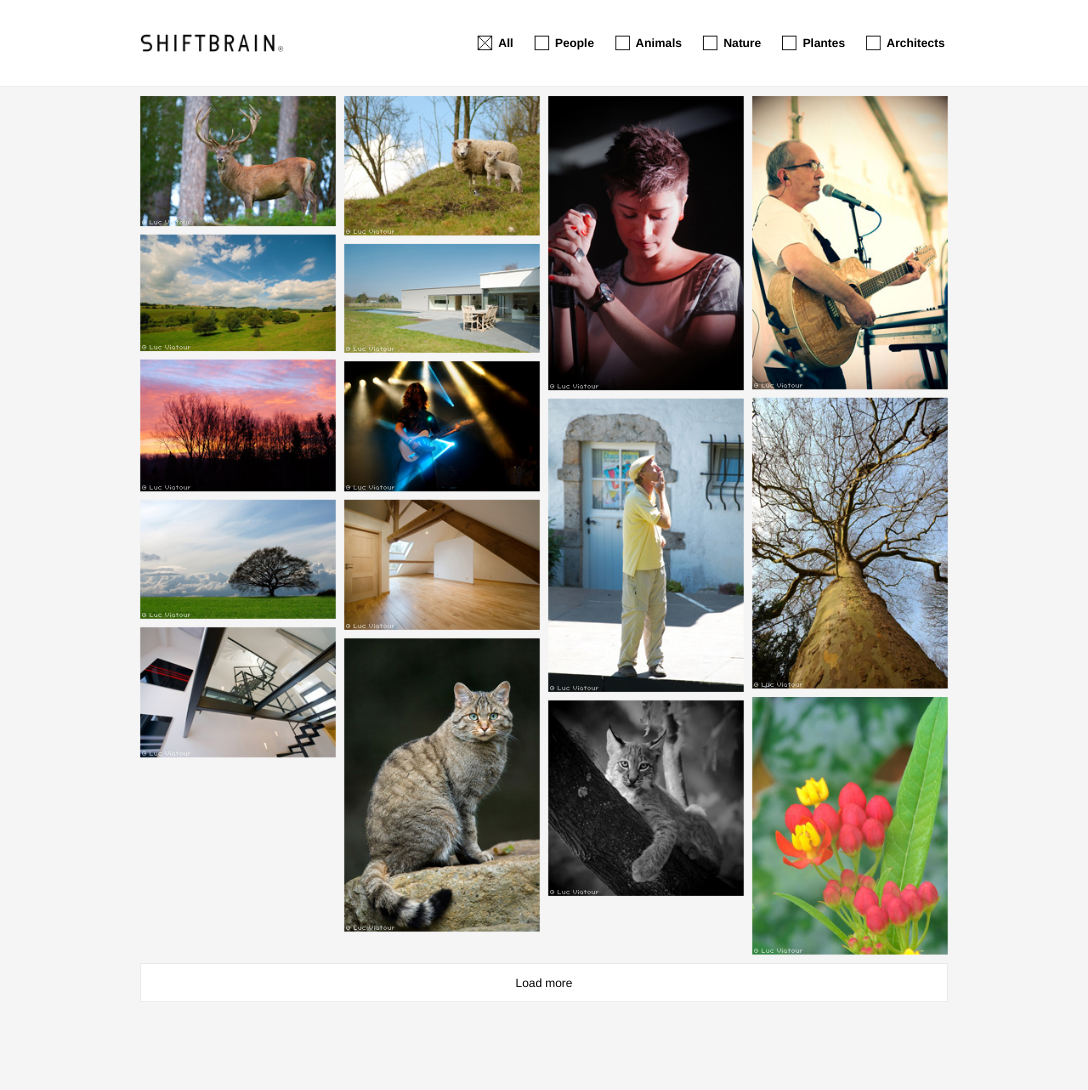
Repository: Nzhe/hehe
Page: real/colorbox/src/main/webapp/index.html
These files come from the project's save history. The page is drawn as it stood at one moment and after the next save; the edit follows.
The browser window is 1280 px wide. The pictures show the whole page, at 85% of full size.

Above is the page before, as saved 2021-09-09 02:33:56.

### real/colorbox/src/main/webapp/index.html
<!DOCTYPE html>
<html class="no-js" lang="ko">
<head>
<meta charset="UTF-8">
<title>컬러 박스를 이용한 이미지 링크</title>
<link rel="stylesheet" href="./css/normalize.css">
<link rel="stylesheet" href="./css/colorbox.css">
<link rel="stylesheet" href="./css/main.css">
<script src="./js/vendor/modernizr.custom.min.js"></script>
<script src="./js/vendor/jquery-1.10.2.min.js"></script>
<script src="./js/vendor/jquery-ui-1.10.3.custom.min.js"></script>
<script src="./js/vendor/jquery.ba-throttle-debounce.min.js"></script>
<script src="./js/vendor/imagesloaded.pkgd.min.js"></script>
<script src="./js/vendor/masonry.pkgd.min.js"></script>
<script src="./js/vendor/jquery.colorbox-min.js"></script>
<script src="./js/main.js"></script>
</head>
<body>

<header class="page-header" role="banner">
    <div class="inner clearfix">
        <h1 class="site-logo"><a href="./"><img src="./img/logo.png" alt="Shiftbrain" height="21" width="169"></a></h1>
        <form class="filter-form" id="gallery-filter">
            <span class="form-item">
                <input type="radio" name="filter" id="filter-all" value="all" checked>
                <label for="filter-all">All</label>
            </span>
            <span class="form-item">
                <input type="radio" name="filter" id="filter-people" value="people">
                <label for="filter-people">People</label>
            </span>
            <span class="form-item">
                <input type="radio" name="filter" id="filter-animals" value="animals">
                <label for="filter-animals">Animals</label>
            </span>
            <span class="form-item">
                <input type="radio" name="filter" id="filter-nature" value="nature">
                <label for="filter-nature">Nature</label>
            </span>
            <span class="form-item">
                <input type="radio" name="filter" id="filter-plantes" value="plantes">
                <label for="filter-plantes">Plantes</label>
            </span>
            <span class="form-item">
                <input type="radio" name="filter" id="filter-architects" value="architects">
                <label for="filter-architects">Architects</label>
            </span>
        </form>
    </div>
</header>

<div class="page-main" role="main">
    <ul class="gallery" id="gallery"></ul>
    <button class="load-more" id="load-more">Load more</button>
</div>

</body>
</html>

### real/colorbox/src/main/webapp/css/colorbox.css
/*
    Colorbox Core Style:
    The following CSS is consistent between example themes and should not be altered.
*/
#colorbox, #cboxOverlay, #cboxWrapper{position:absolute; top:0; left:0; z-index:9999; overflow:hidden;}
#cboxOverlay{position:fixed; width:100%; height:100%;}
#cboxMiddleLeft, #cboxBottomLeft{clear:left;}
#cboxContent{position:relative;}
#cboxLoadedContent{overflow:auto; -webkit-overflow-scrolling: touch;}
#cboxTitle{margin:0;}
#cboxLoadingOverlay, #cboxLoadingGraphic{position:absolute; top:0; left:0; width:100%; height:100%;}
#cboxPrevious, #cboxNext, #cboxClose, #cboxSlideshow{cursor:pointer;}
.cboxPhoto{float:left; margin:auto; border:0; display:block; max-width:none; -ms-interpolation-mode:bicubic;}
.cboxIframe{width:100%; height:100%; display:block; border:0;}
#colorbox, #cboxContent, #cboxLoadedContent{box-sizing:content-box; -moz-box-sizing:content-box; -webkit-box-sizing:content-box;}

/*
    User Style:
    Change the following styles to modify the appearance of Colorbox.  They are
    ordered & tabbed in a way that represents the nesting of the generated HTML.
*/
#cboxOverlay{background:#000;}
#colorbox{outline:0;/*margin:20px;*/}
#cboxContent{background:#000;}
.cboxIframe{background:#fff;}
#cboxError{padding:50px; border:1px solid #ccc;}
#cboxLoadedContent{background:#000;}
#cboxTitle{position:absolute; top:0; left:0; color:white; background-color:black; padding:0.25em 0.5em;}
#cboxTitle .date{margin-left:0.5em; font-family:"Georgia",serif; font-style:italic;}
#cboxCurrent{position:absolute; top:-20px; right:0px; color:#ccc;}
#cboxLoadingGraphic{background:url(../img/colorbox-loading.gif) no-repeat center center;}

/* these elements are buttons, and may need to have additional styles reset to avoid unwanted base styles */
#cboxPrevious, #cboxNext, #cboxSlideshow, #cboxClose {border:0; padding:0; margin:0; overflow:visible; width:auto; background:none; }

/* avoid outlines on :active (mouseclick), but preserve outlines on :focus (tabbed navigating) */
#cboxPrevious:active, #cboxNext:active, #cboxSlideshow:active, #cboxClose:active {outline:0;}
/*
#cboxSlideshow{position:absolute; top:-20px; right:90px; color:#fff;}
#cboxPrevious{position:absolute; top:50%; left:5px; margin-top:-32px; background:url(images/controls.png) no-repeat top left; width:28px; height:65px; text-indent:-9999px;}
#cboxPrevious:hover{background-position:bottom left;}
#cboxNext{position:absolute; top:50%; right:5px; margin-top:-32px; background:url(images/controls.png) no-repeat top right; width:28px; height:65px; text-indent:-9999px;}
#cboxNext:hover{background-position:bottom right;}
*/
#cboxClose{position:fixed; top:20px; right:20px; background:url(../img/sprites.png) no-repeat 0 -20px; width:39px; height:39px; text-indent:-9999px;display:block;}

### real/colorbox/src/main/webapp/css/main.css
html { font-family: "Helvetica Neue", "Arial", "Hiragino Kaku Gothic ProN", "Meiryo", sans-serif; font-size: 14px; line-height: 1.5; }
body { background-color: rgb(245, 245, 245); color: rgb(0, 0, 0); }
h1 { font-size: 100%; margin: 0; }
img { vertical-align: middle; }
.clearfix:before, .clearfix:after { content: " "; display: table; }
.clearfix:after { clear: both; }

/* Page header */
.page-header {
    background-color: rgb(255, 255, 255);
    border-bottom: 1px solid rgb(230, 230, 230);
    padding: 32px 0;
    position: fixed;
    width: 100%;
    z-index: 10;
}
.page-header > .inner {
    width: 950px;
    padding: 8px 10px;
    margin: auto;
}
.site-logo {
    float: left;
    line-height: 1;
}

/* Page main */
.page-main {
    margin: auto;
    padding: 103px 10px;
    width: 950px;
}


/*!
 * Gallery
 */

.gallery {
    margin: 0;
    padding: 0;
}

.gallery-item {
    list-style: none;
    margin-top: 10px;
}
.gallery-item.is-loading {
    opacity: 0;
}
.gallery-item a {
    display: block;
}
.gallery-item .caption {
    display: none;
}

.filter-form {
    float: right;
}
.filter-form label {
    cursor: pointer;
    display: inline-block;
    font-weight: bold;
    margin-left: 1em;
    padding: 0 0.25em;
    -webkit-user-select: none;
       -moz-user-select: none;
        -ms-user-select: none;
}
.filter-form label.ui-state-focus {
    outline: 1px dotted;
}
.filter-form label .ui-icon {
    background: url(../img/sprites.png) no-repeat 0 0;
    display: inline-block;
    height: 17px;
    margin-right: 0.5em;
    margin-top: 2px;
    width: 17px;
    vertical-align: top;
}
.filter-form label.ui-state-active .ui-icon {
    background-position: -20px 0;
}

.load-more {
    background-color: rgb(255, 255, 255);
    border: 1px solid rgb(230, 230, 230);
    display: block;
    padding: 1em 0;
    width: 100%;
    margin-top: 10px;
}

/* radio button을 변경하는 스타일  */
.ui-helper-hidden-accessible {
    border: 0;
    clip: rect(0 0 0 0);
    height: 1px;
    margin: -1px;
    overflow: hidden;
    padding: 0;
    position: absolute;
    width: 1px;
}

### real/colorbox/src/main/webapp/js/main.js
$(function () {

    /*
     * 갤러리
     */
    $('#gallery').each(function () {

        var $container = $(this),
            $loadMoreButton = $('#load-more'), // 추가 버튼
            $filter = $('#gallery-filter'),    // 필터링 양식
            addItemCount = 16,                 // 한 번에 표시 할 항목 수
            addedd = 0,                        // 표시 된 항목 수
            allData = [],                      // 모든 JSON 데이터
            filteredData = [];                 // 필터링 된 JSON 데이터

        $container.masonry({
            columnWidth: 230,
            gutter: 10,
            itemSelector: '.gallery-item'
        });

        // JSON을 검색하고 initGallery 함수를 실행
        $.getJSON('./data/content.json', initGallery); //얘가 J쿼리임

        //갤러리 초기화
        function initGallery (data) {

            // 취득한 JSON 데이터를 저장
            allData = data;

            // 초기 상태에서는 필터링하지 않고 그대로 전체 데이터를 전달
            filteredData = allData;

            // 첫 번째 항목을 표시
            addItems();

            // 추가 버튼을 클릭하면 추가로 표시
            $loadMoreButton.on('click', addItems);

            // 필터 라디오 버튼이 변경되면 필터링을 수행
            $filter.on('change', 'input[type="radio"]', filterItems);
        }

        // 항목을 생성하고 문서에 삽입
        function addItems (filter) {

            var elements = [],
                // 추가 데이터의 배열
                slicedData = filteredData.slice(addedd, addedd + addItemCount);

            // slicedData의 요소마다 DOM 요소를 생성
            $.each(slicedData, function (i, item) {
                var itemHTML =
                        '<li class="gallery-item is-loading">' +
                            '<a href="' + item.images.large + '">' +
                                '<img src="' + item.images.thumb + '" alt="">' +
                                '<span class="caption">' +
                                    '<span class="inner">' +
                                        '<b class="title">' + item.title + '</b>' +
                                        '<time class="date" datatime="' + item.date + '">' +
                                            item.date.replace(/-0?/g, '/') +
                                        '</time>' +
                                    '</span>' +
                                '</span>' +
                            '</a>' +
                        '</li>';
                elements.push($(itemHTML).get(0));
            });

            // DOM 요소의 배열을 컨테이너에 넣고 Masonry 레이아웃을 실행
            $container
                .append(elements)
                .imagesLoaded(function () {
                    $(elements).removeClass('is-loading');
                    $container.masonry('appended', elements);

                    // 필터링시 재배치
                    if (filter) {
                        $container.masonry();
                    }
                });

// 06-03에 추가
// - - - - - - - - - - - - - - - - - - - - - - - - - - - - - - -
            // 링크에 Colorbox 설정
            $container.find('a').colorbox({
                maxWidth: '970px',
                maxHeight: '95%',
                title: function () {
                    return $(this).find('.inner').html();
                }
            });
// - - - - - - - - - - - - - - - - - - - - - - - - - - - - - - -

            // 추가 된 항목 수량 갱신
            addedd += slicedData.length;

            // JSON 데이터가 추가 된 후에 있으면 추가 버튼을 지운다
            if (addedd < filteredData.length) {
                $loadMoreButton.show();
            } else {
                $loadMoreButton.hide();
            }
        }

        // 항목을 필터링한다.
        function filterItems () {
            var key = $(this).val(), // 체크 된 라디오 버튼의 value

                // 추가 된 Masonry 아이템
                masonryItems = $container.masonry('getItemElements');

            // Masonry 항목을 삭제
            $container.masonry('remove', masonryItems);

            // 필터링 된 항목의 데이터를 재설정과
            // 추가 된 항목 수를 재설정
            filteredData = [];
            addedd = 0;

            if (key === 'all') {
                // all이 클릭 된 경우 모든 JSON 데이터를 저장
                filteredData = allData;
            } else {
                // all 이외의 경우, 키와 일치하는 데이터를 추출
                filteredData = $.grep(allData, function (item) {
                    return item.category === key;
                });
            }

            // 항목을 추가
            addItems(true);
        }
    });

    // jQuery UI Button
    $('.filter-form input[type="radio"]').button({
        icons: {
            primary: 'icon-radio'
        }
    });

    // Resize page header
    $('.page-header').each(function () {
        var $header = $(this),
            headerHeight = $header.outerHeight(),
            headerPaddingTop = parseInt($header.css('paddingTop'), 10),
            headerPaddingBottom = parseInt($header.css('paddingBottom'), 10);
        $(window).on('scroll', $.throttle(1000 / 60, function () {
            var scroll = $(this).scrollTop(),
                styles = {};
            if (scroll > 0) {
                if (scroll < headerHeight) {
                    styles = {
                        paddingTop: headerPaddingTop - scroll / 2,
                        paddingBottom: headerPaddingBottom - scroll / 2
                    };
                } else {
                    styles = {
                        paddingTop: 0,
                        paddingBottom: 0
                    };
                }
            } else {
                styles = {
                    paddingTop: '',
                    paddingBottom: ''
                }
            }
            $header.css(styles);
        }));
    });

});

Loaded but not shown: real/colorbox/src/main/webapp/css/normalize.css (library); real/colorbox/src/main/webapp/js/vendor/modernizr.custom.min.js (library); real/colorbox/src/main/webapp/js/vendor/jquery-1.10.2.min.js (library); real/colorbox/src/main/webapp/js/vendor/jquery-ui-1.10.3.custom.min.js (library); real/colorbox/src/main/webapp/js/vendor/jquery.ba-throttle-debounce.min.js (common file); real/colorbox/src/main/webapp/js/vendor/imagesloaded.pkgd.min.js (library); real/colorbox/src/main/webapp/js/vendor/masonry.pkgd.min.js (library); real/colorbox/src/main/webapp/js/vendor/jquery.colorbox-min.js (library); real/colorbox/src/main/webapp/data/content.json (884 lines, source omitted)

After the next save:
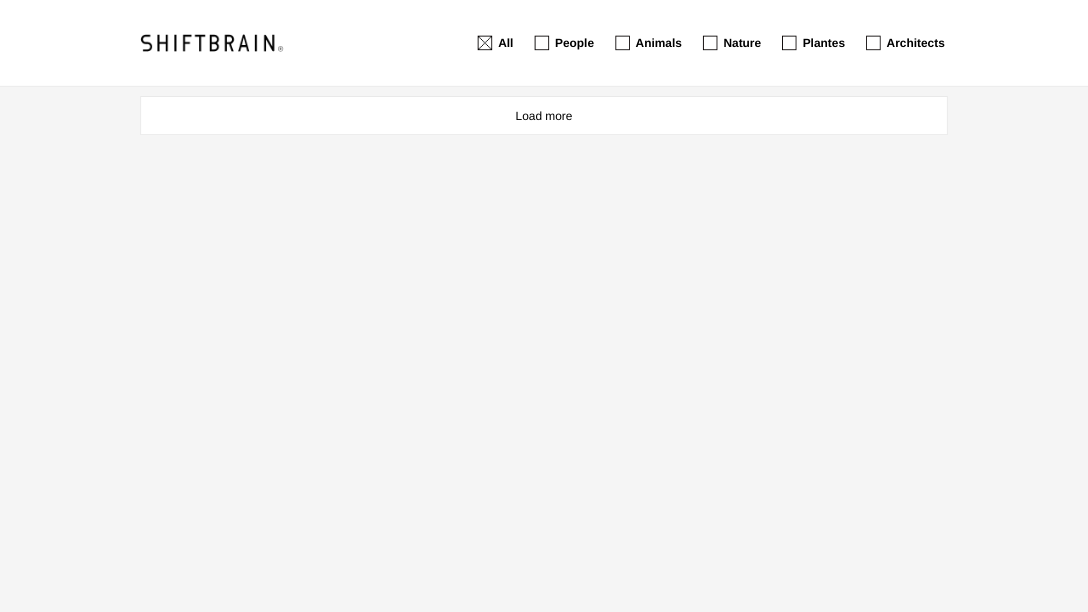
Console error: ReferenceError: consle is not defined
Saved 8 min 15 s later.
--- a/real/colorbox/src/main/webapp/js/main.js
+++ b/real/colorbox/src/main/webapp/js/main.js
@@ -24,7 +24,7 @@ $(function () {
 
         //갤러리 초기화
         function initGallery (data) {
-
+			consle.log(data);
             // 취득한 JSON 데이터를 저장
             allData = data;
 
